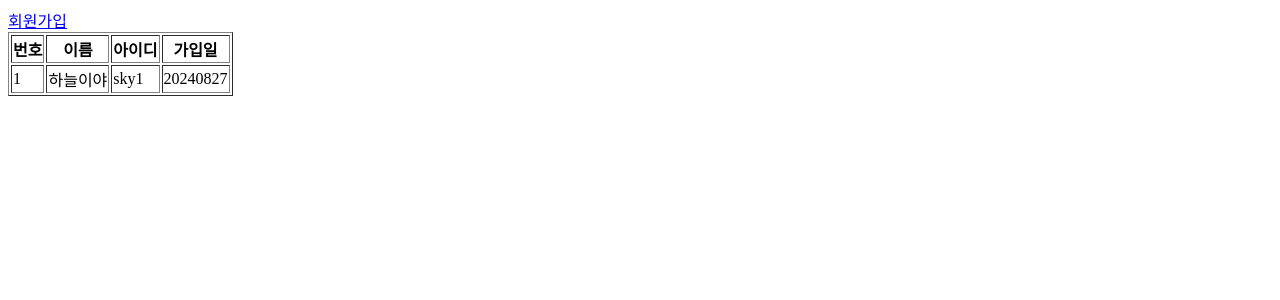
Repository: 621hjmit/workspace
Page: http://localhost/ooing/user/list.jsp
These files come from the project's save history. The page is drawn as it stood at one moment and after the next save; the edit follows.
The browser window is 1280 px wide. The pictures show the whole page.
The page is served by Tomcat 9. The database holds what the project's SQL file puts in it.

Above is the page before, as saved 2024-08-27 08:30:52.

After the next save:
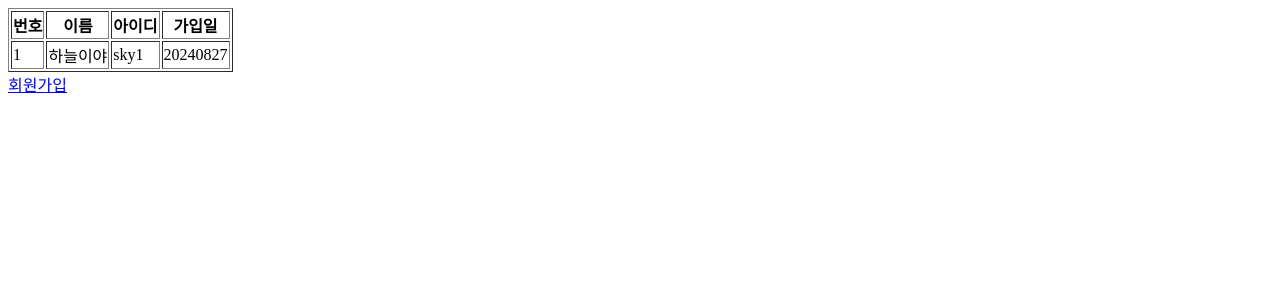
Saved 14 s later.
--- a/ooing/src/main/webapp/user/list.jsp
+++ b/ooing/src/main/webapp/user/list.jsp
@@ -37,7 +37,7 @@ while(rs.next()){
 }
 %>
 
-    <a href="/user/insert.jsp">회원가입</a>
-</table>
+
+</table><a href="/user/insert.jsp">회원가입</a>
 </body>
 </html>
